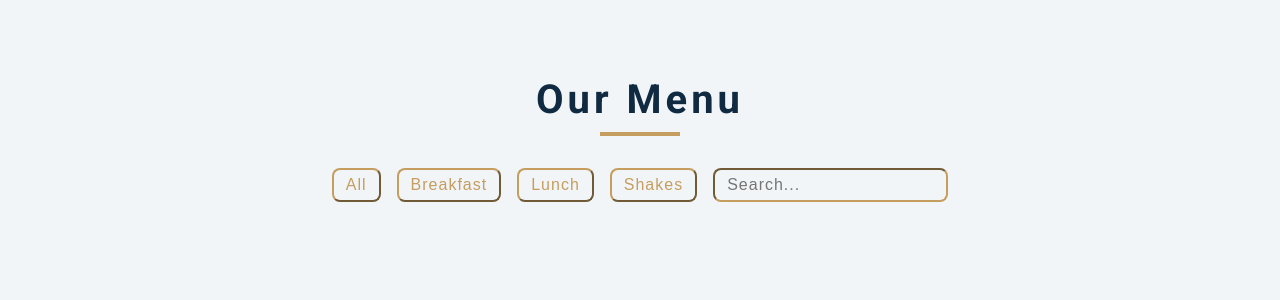
Repository: AniAntonyan/MenuFilter
Page: index.html
An editor plug-in stored every save of this project. The page is shown before and after a run of saves, followed by the edit.
The browser window is 1280 px wide. The pictures show the whole page.
The pointer rests on the first visible `input`.
Some web libraries are served in a nearby version.

Above is the page before, as saved 2022-02-17 23:53:57.
Not found: data.js

After the next 2 saves:
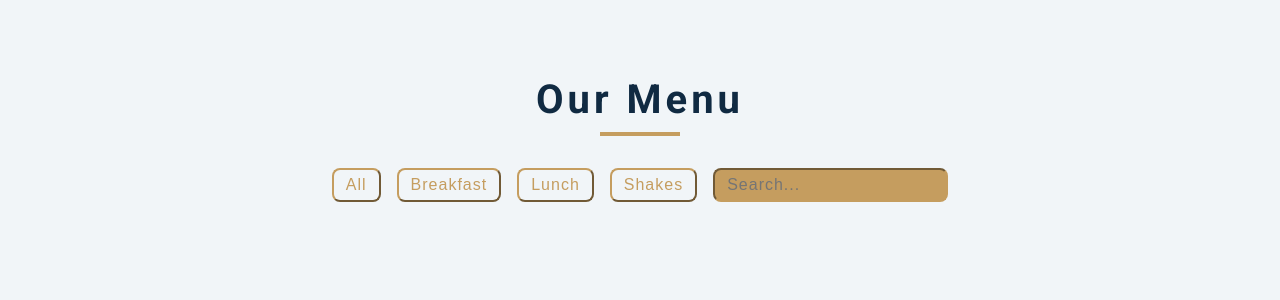
The 2 saves are shown as one change because they came seconds apart.
The last was saved 11 s later.
--- a/styles.css
+++ b/styles.css
@@ -222,8 +222,10 @@ input{
 }
 
 input:hover{
-
-}
+  background: var(--clr-gold);
+  color: var(--clr-white);
+}
+
 .section-center {
   width: 90vw;
   margin: 0 auto;
